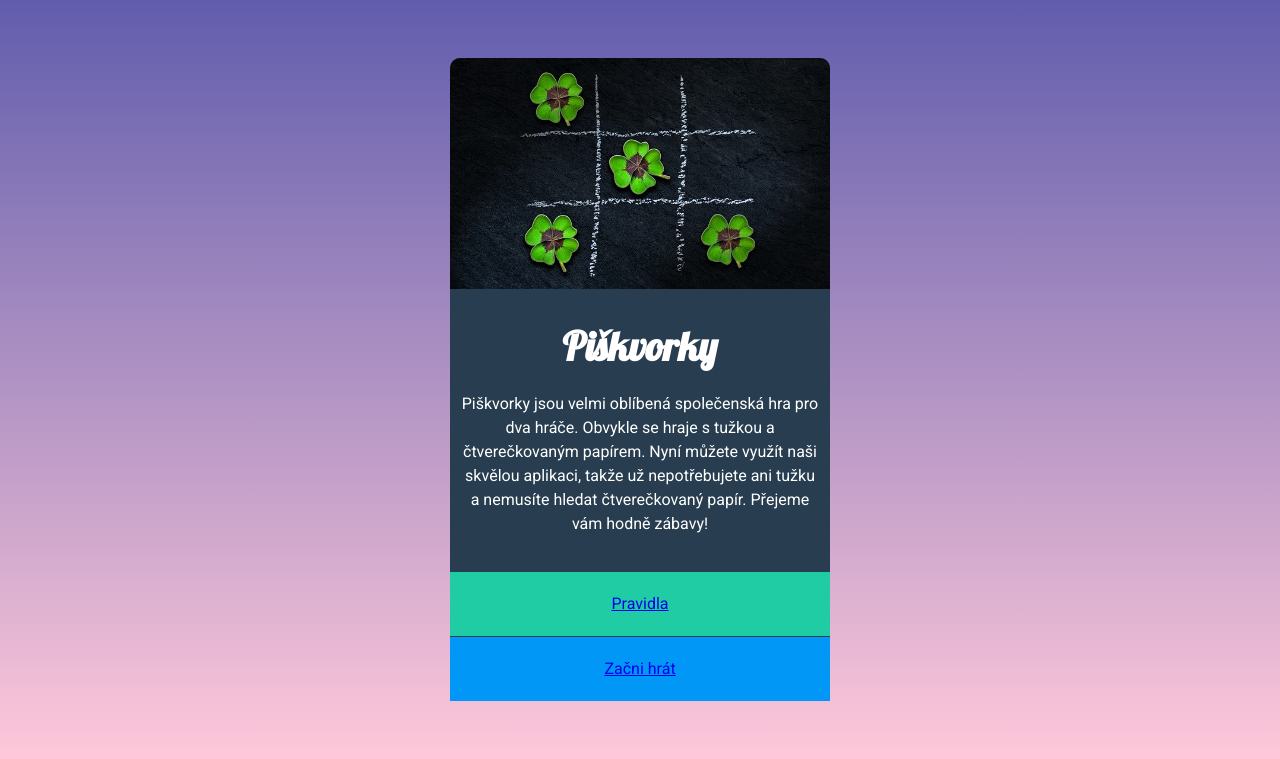
Repository: VerPro/piskvorky
Page: index.html
An editor plug-in stored every save of this project. The page is shown before and after the next save, followed by the edit.
The browser window is 1280 px wide. The pictures show the whole page.

Above is the page before, as saved 2021-03-24 21:41:47.

After the next save:
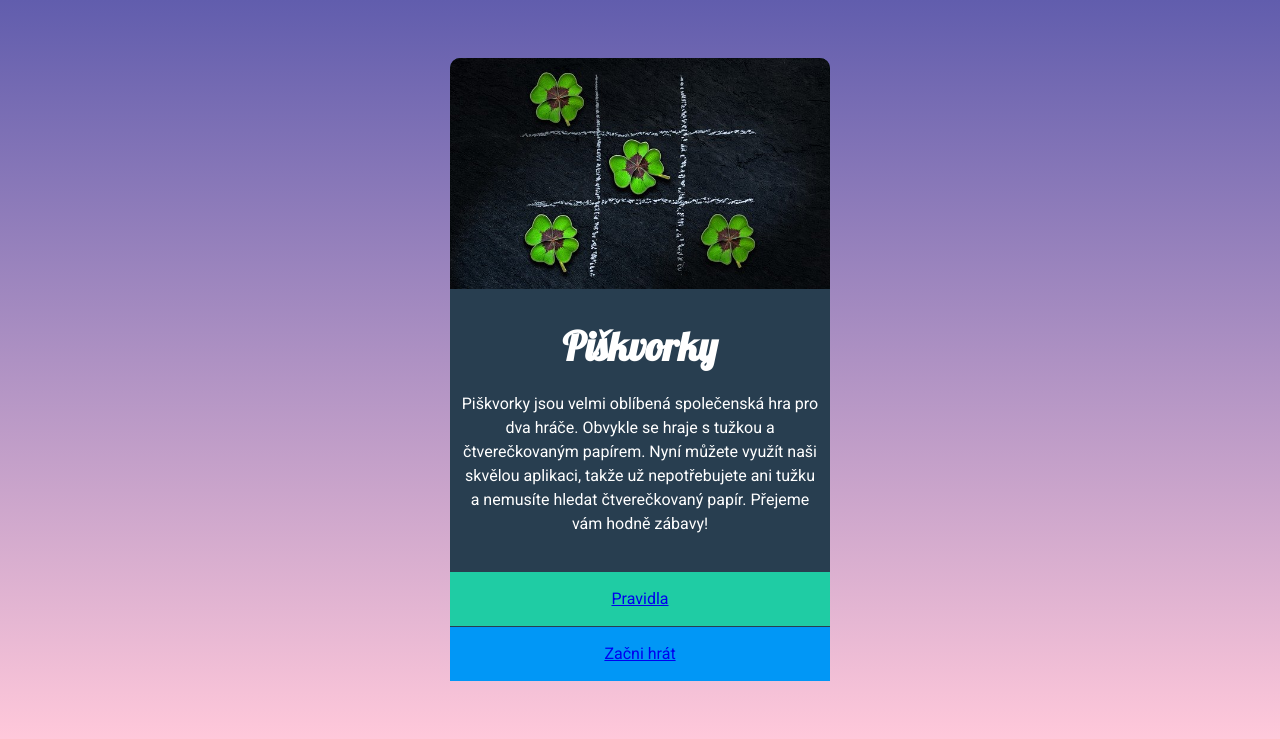
Saved 49 s later.
--- a/styly.css
+++ b/styly.css
@@ -45,7 +45,7 @@ nav {
 
 .buttonPravidla {
   background-color: #1fcca4;
-  padding: 20px;
+  padding: 15px;
   flex-grow: 1;
   border-bottom: 1px solid #283e50;
 }
@@ -56,7 +56,7 @@ nav {
 
 .buttonZacniHrat {
   background-color: #0197f6;
-  padding: 20px;
+  padding: 15px;
   flex-grow: 1;
 }
 
